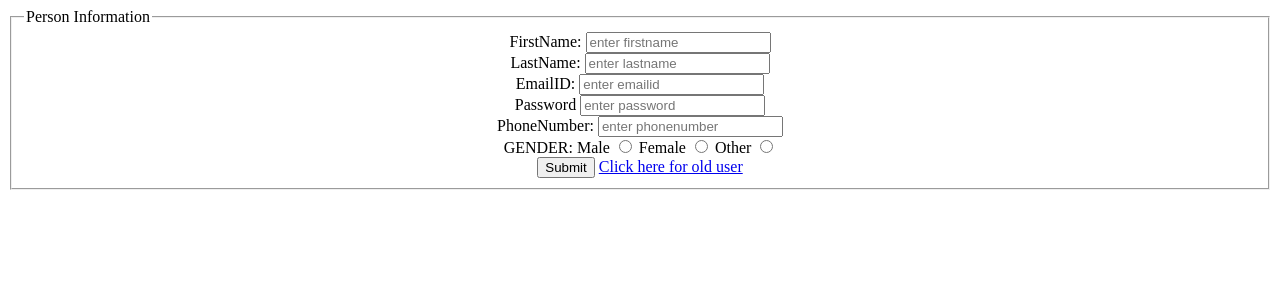
Repository: Tharungandhi/ServeltProject
Page: LginRegistrationApp/WebContent/registration.html
The author's editor kept a copy of each file at every save. The page is drawn from the files as they stood at one save, then again after the next save.
The browser window is 1280 px wide. The pictures show the whole page.

Above is the page before, as saved 2019-01-22 09:45:15.

### LginRegistrationApp/WebContent/registration.html
<!DOCTYPE html>
<html>
<head>
<meta charset="UTF-8">
<title>Sign Up</title>
</head>
<body>
<form action="Register" method="post">

<fieldset>
<legend>Person Information</legend>
<center>
<div>
<label>FirstName:</label>
<input type="text" name="firstname"  placeholder="enter firstname" value="" required/> </div>
<div>
<label>LastName:</label>
<input type="text" name="lastname"  placeholder="enter lastname" value="" required/> </div>
<div>
<label>EmailID:</label>
<input type="text" name="emailid"  placeholder="enter emailid" value="" required/> </div>
<div>
<div>
<label>Password</label>
<input type="password" name="password" placeholder="enter password"        value="" required/>
</div>
<label>PhoneNumber:</label>
<input type="text" name="phonenumber"  placeholder="enter phonenumber"  value="" required/> </div>
<div>
<label>GENDER:</label>
<label>Male</label>
<input type="radio" name="gender" value="male" required/>
<label>Female</label>
<input type="radio" name="gender" value="female" required/>
<label>Other</label>
<input type="radio" name="gender" value="other" required/>
</div>
<input type="submit" name="submit"/>
<a href=login.html> Click here for old user </a>
</center>
</fieldset>
</form>
</body>
</html>

After the next save:
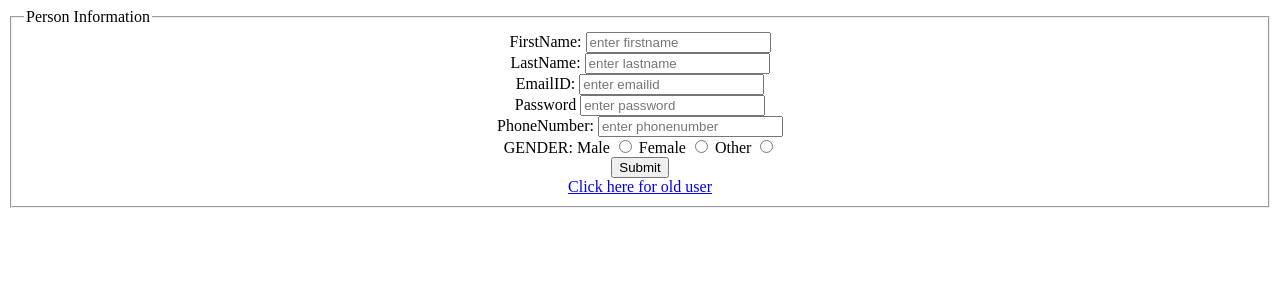
Saved 2 min 24 s later.
--- a/LginRegistrationApp/WebContent/registration.html
+++ b/LginRegistrationApp/WebContent/registration.html
@@ -36,7 +36,8 @@
 <input type="radio" name="gender" value="other" required/>
 </div>
 <input type="submit" name="submit"/>
-<a href=login.html> Click here for old user </a>
+<div>
+<a href=login.html> Click here for old user </a></div>
 </center>
 </fieldset>
 </form>
